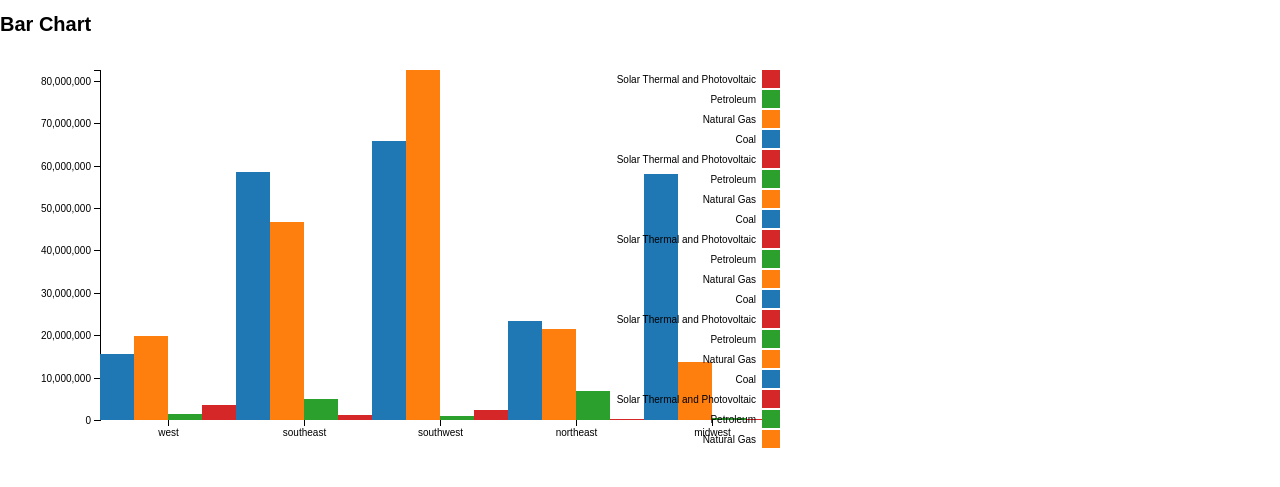
Repository: komalharjani/d3js-visualisation
Page: index.html
These files come from the project's save history. The page is drawn as it stood at one moment and after the next save; the edit follows.
The browser window is 1280 px wide. The pictures show the whole page.

Above is the page before, as saved 2020-05-01 18:19:30.

After the next save:
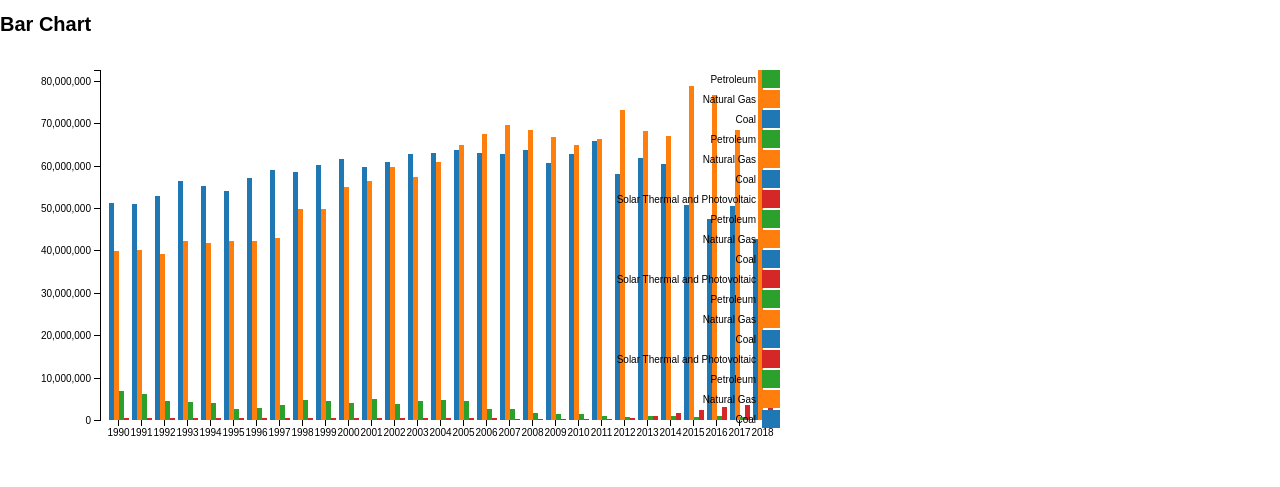
Saved 14 s later.
--- a/index.js
+++ b/index.js
@@ -50,7 +50,7 @@ d3.csv(dataPath)
 
         let currData = d3.nest()
             .key(function (d) {
-                return d.region;
+                return d.year;
             })
             .entries(filteredData);
         console.log(currData);
